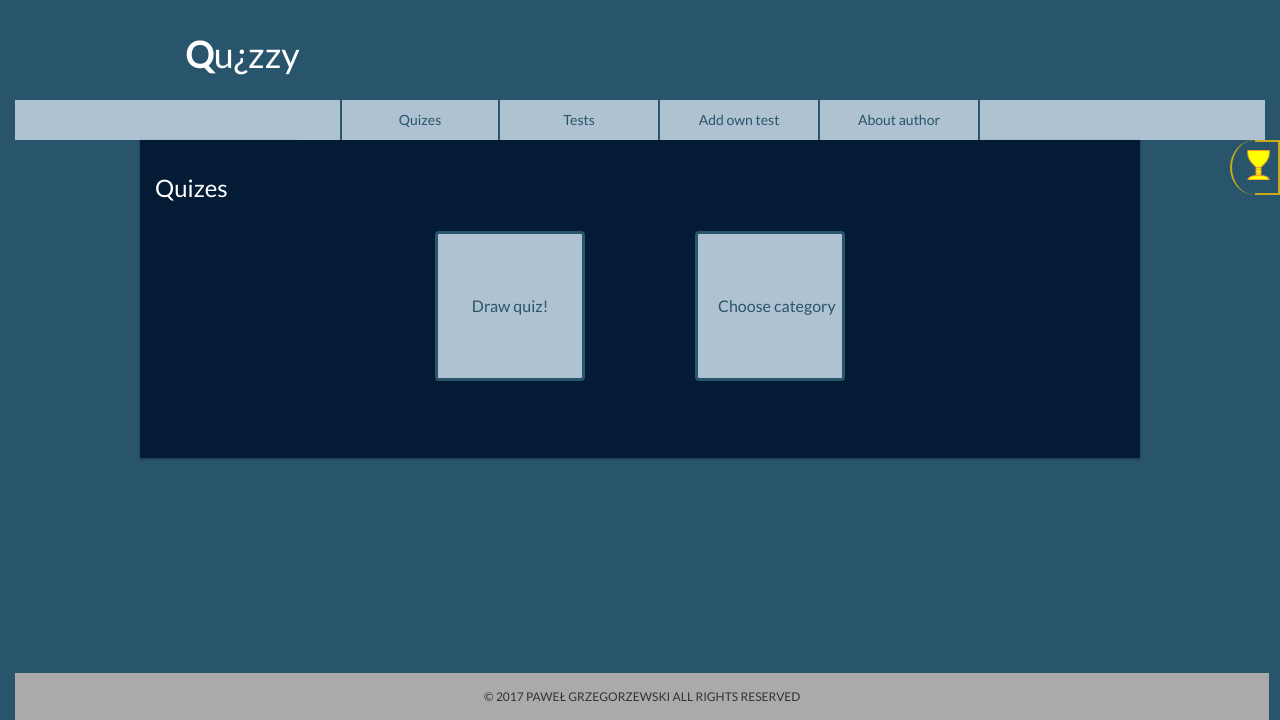
Repository: pgrzegorzewski/quiz
Page: http://localhost/app/quiz.php
These files come from the project's save history. The page is drawn as it stood at one moment and after the next save; the edit follows.
The browser window is 1280 px wide. The pictures show the whole page.
Some web libraries are served in a nearby version. The page is run by PHP 8.4 with error messages shown; the project is at /var/www/html/.

Above is the page before, as saved 2017-04-22 13:59:37.

After the next save:
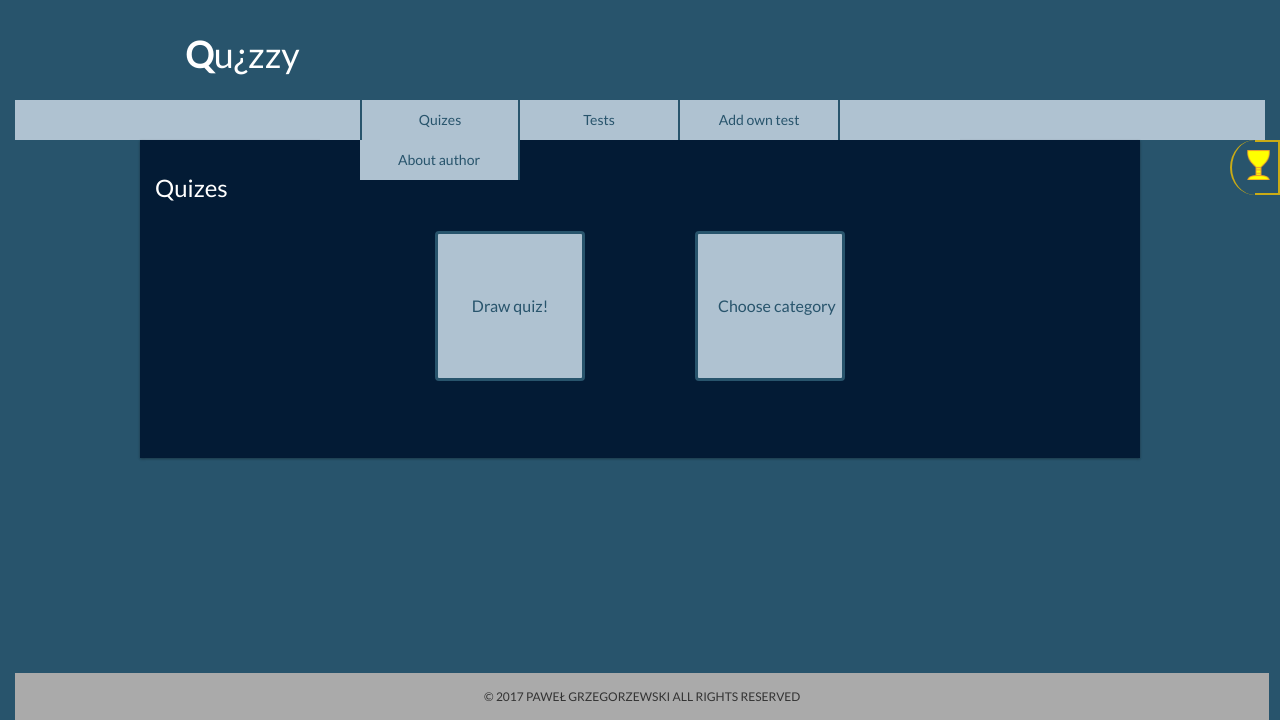
Saved 86 s later.
--- a/htdocs/app/learningapp/css/index.css
+++ b/htdocs/app/learningapp/css/index.css
@@ -141,6 +141,7 @@ td
 	display:inline-block;
 	vertical-align:middle;
 	height:40px;
+	width:640px;
 }
 
 
